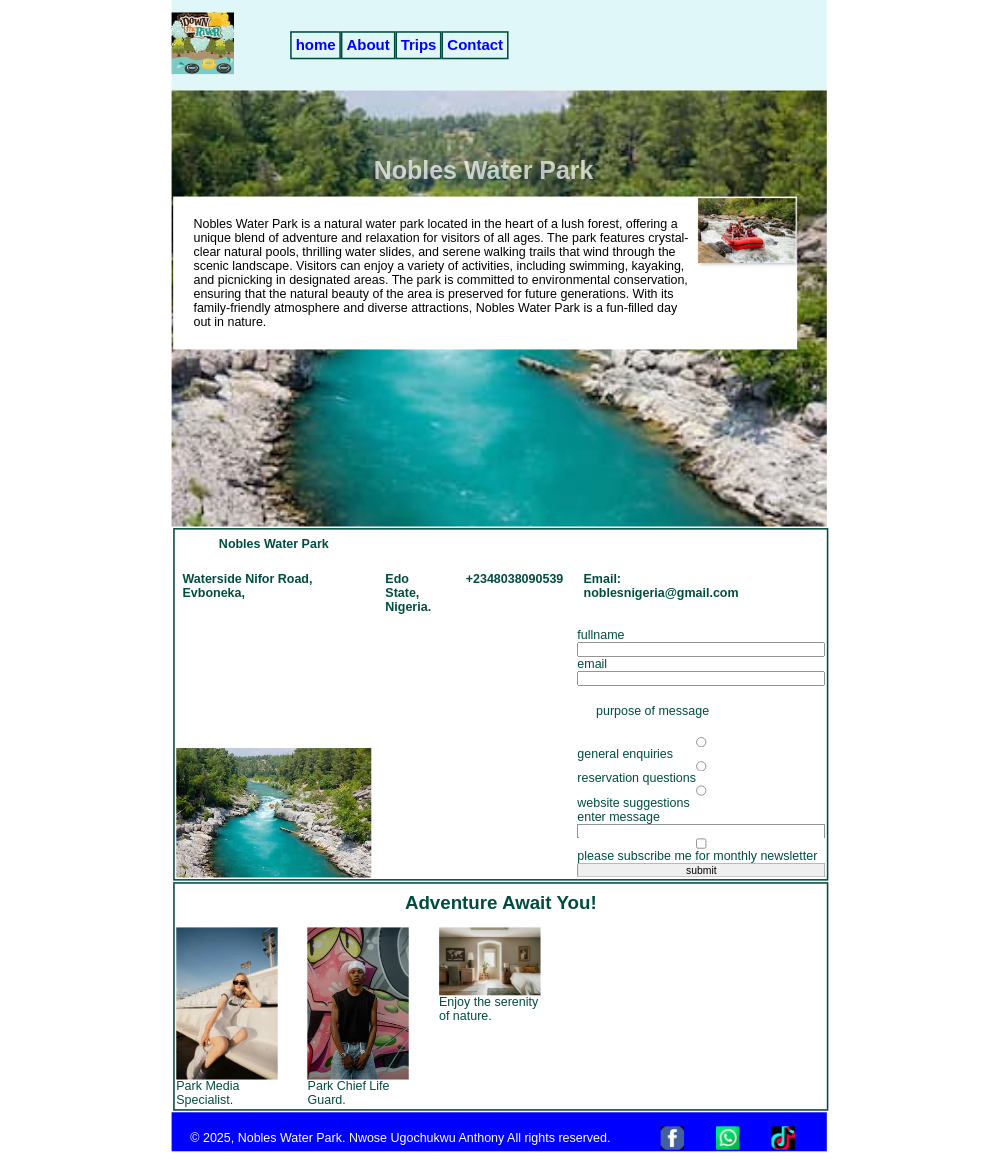
Repository: NoblesNigeria/wdd130
Page: wwr/contact.html
An editor plug-in stored every save of this project. The page is shown before and after the next save, followed by the edit.
The browser window is 1280 px wide. The pictures show the whole page, at 78% of full size.

Above is the page before, as saved 2025-09-24 13:19:17.

After the next save:
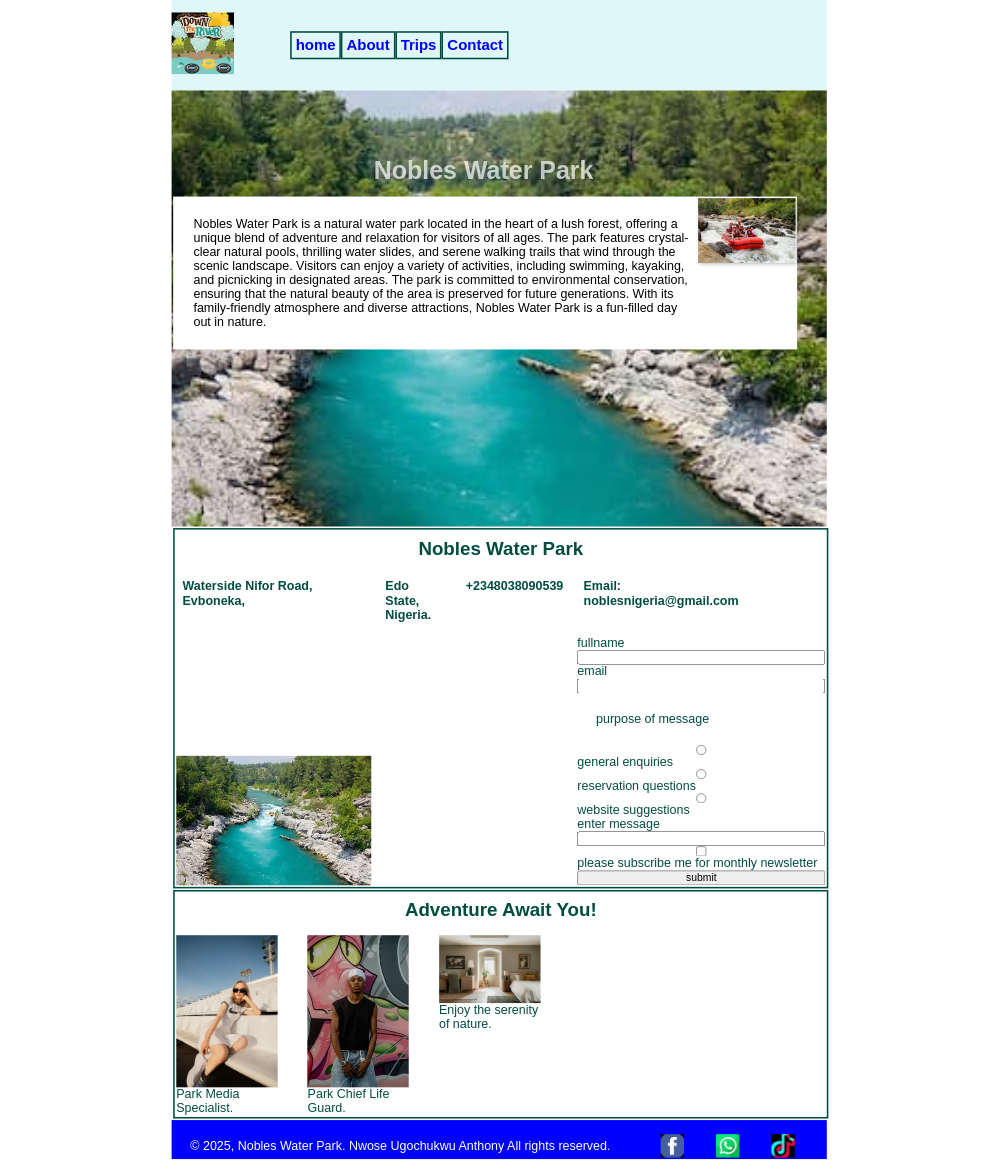
Saved 2 min 24 s later.
--- a/wwr/styles/rafting.css
+++ b/wwr/styles/rafting.css
@@ -84,9 +84,7 @@ aside h2{
     justify-content: 3/4;
     padding: 8px;
     position: block;
-    grid: column 1/6;
-    grid-row:1;
-    font-size: medium;
+    grid-column: 1/6;
 }
 aside h3{
     display: flex;
@@ -96,7 +94,6 @@ aside h3{
     padding: 8px;
     position: block;
     grid: column 1/6;
-    grid-row:2/3;
     font-size: medium;
 }
 aside form{
